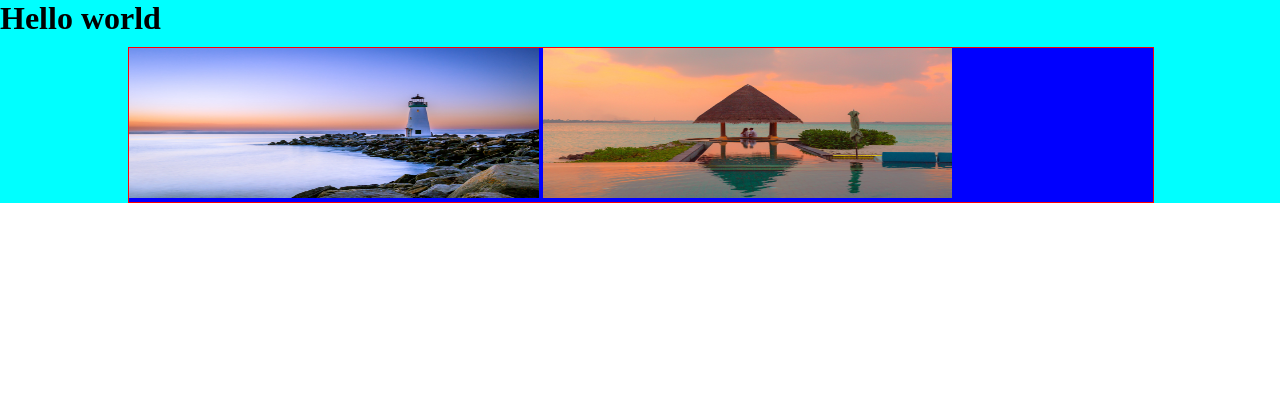
Repository: RPSKumara/DPEdudationPyhton
Page: ImageStyle/index.html
These files come from the project's save history. The page is drawn as it stood at one moment and after the next save; the edit follows.
The browser window is 1280 px wide. The pictures show the whole page.

Above is the page before, as saved 2022-04-20 10:18:12.

After the next save:
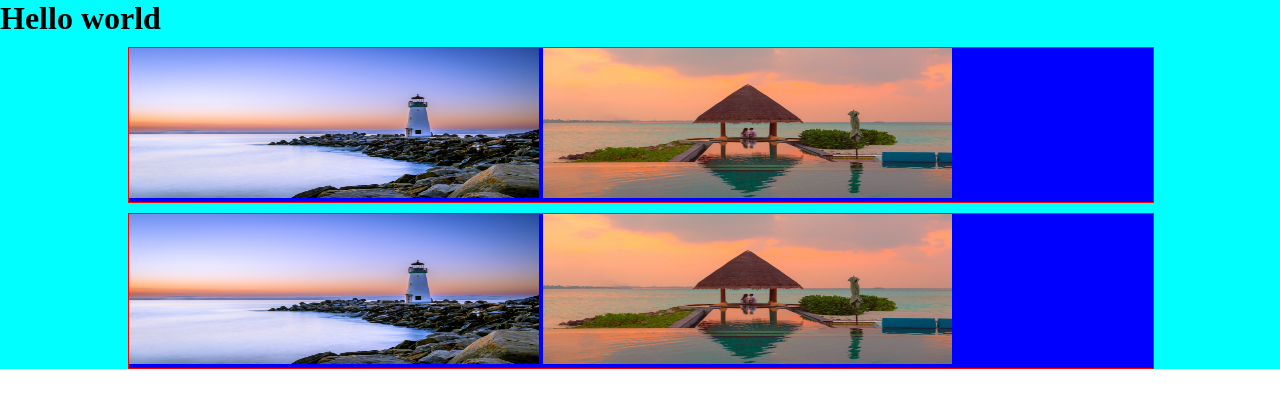
Saved 38 s later.
--- a/ImageStyle/index.html
+++ b/ImageStyle/index.html
@@ -14,6 +14,10 @@
 				<img src="Images/01.jpg" alt="images" class="previewImg" srcset="" />
 				<img src="Images/02.jpg" alt="images" class="previewImg" srcset="" />
 			</div>
+            <div class="imageSlider">
+				<img src="Images/01.jpg" alt="images" class="previewImg" srcset="" />
+				<img src="Images/02.jpg" alt="images" class="previewImg" srcset="" />
+			</div>
 		</div>
 	</body>
 </html>
